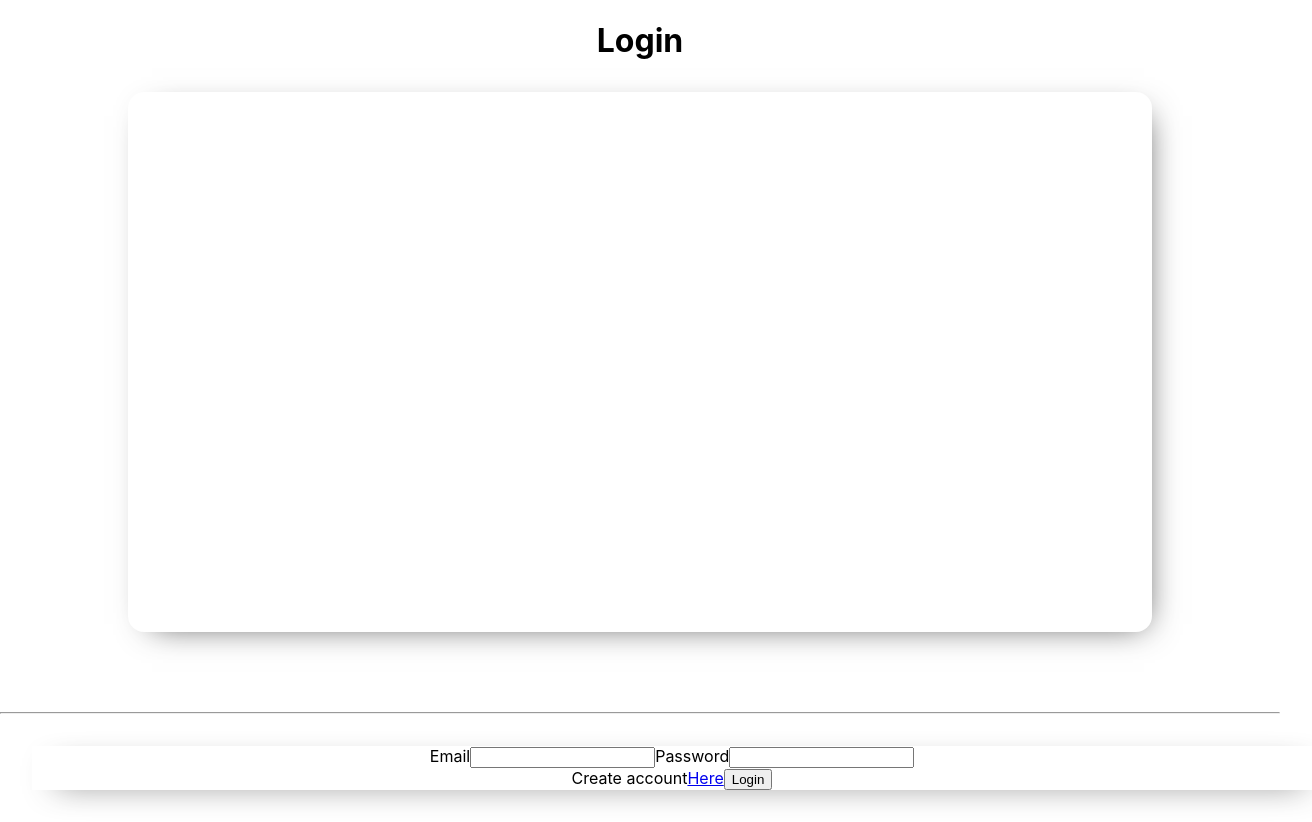
Repository: TendaniSadiki/revelation-e-commerce
Page: /login
The author's editor kept a copy of each file at every save. The page is drawn from the files as they stood at one save, then again after the next save.
The browser window is 1280 px wide. The page is 1312 px wide, then 1280 px, then 1312 px, so the pictures cover 1312 px, including what lies to the right of the window. The pictures show the whole page.
The project was rebuilt for these pictures with package versions that can differ from the ones it lists, and the page was loaded fresh each time. Also part of the build but not shown: src/Components/Navbar.css, src/Components/Navbar.js, src/Components/CardStyle.css, src/Components/IndividualProduct.js, src/Components/Products.js, src/Components/IndividualCartProduct.js, src/Components/CartProduct.js, src/Components/Home.js and 8 more. Imported but missing from the stored project, and not drawn on this page: src/Components/Pages/Sale/Sale.

Above is the page before, as saved 2022-11-10 15:16:42.

After the next save:
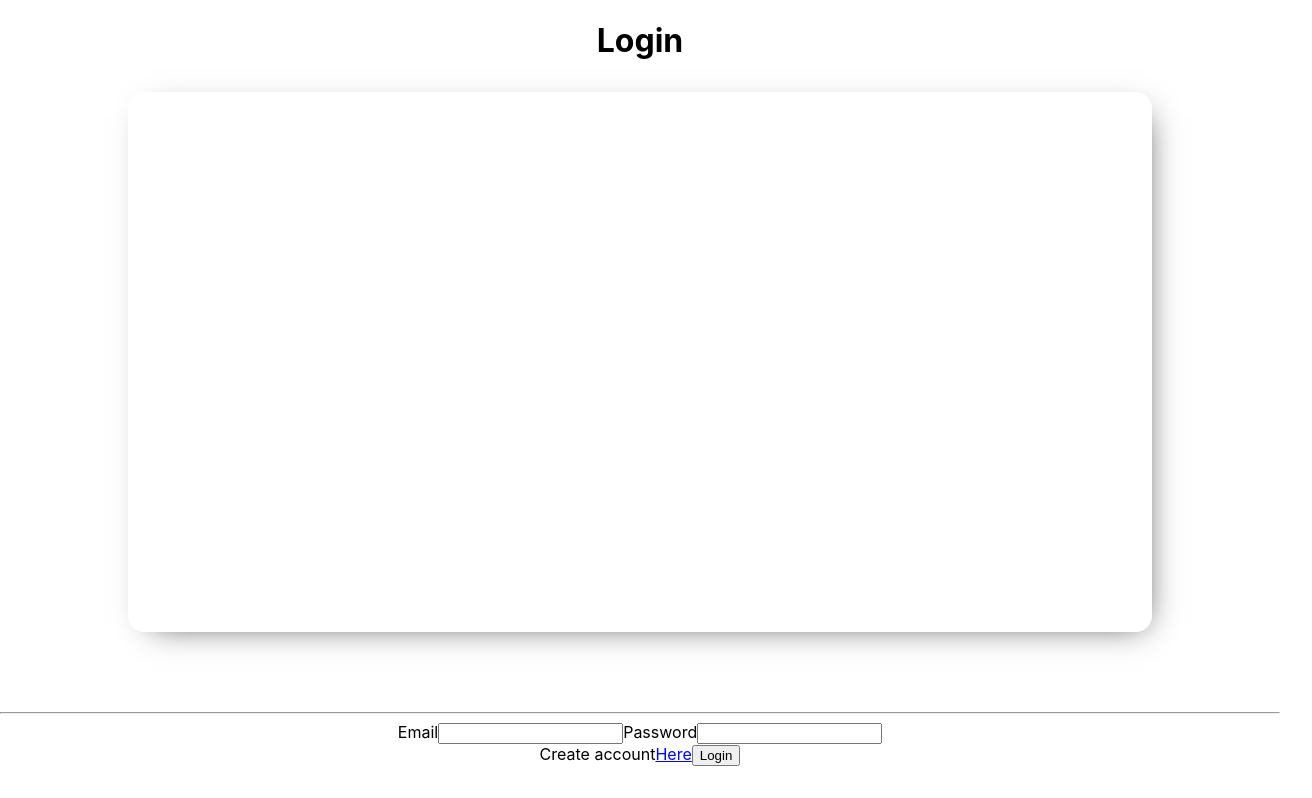
Saved 49 s later.
--- a/src/Components/Login.css
+++ b/src/Components/Login.css
@@ -20,7 +20,7 @@
         align-items: center;
 }
 
-.left-side{
+.left-side,.{
     margin: 2rem 2rem;
     box-shadow: 0.5rem 0.5rem 2rem -1rem rgb(58, 57, 57);
     height: 80%;

After the save that followed:
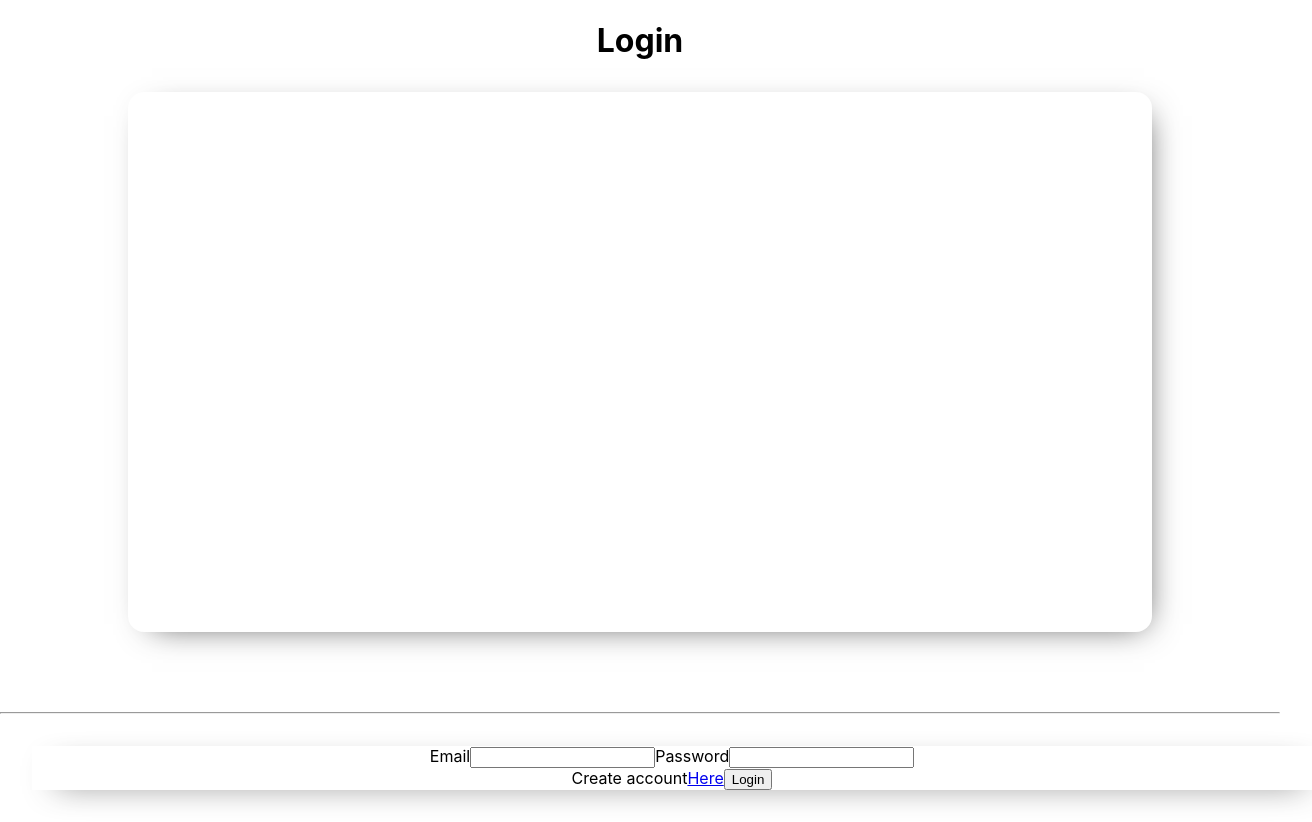
Saved 4 s later.
--- a/src/Components/Login.css
+++ b/src/Components/Login.css
@@ -20,7 +20,7 @@
         align-items: center;
 }
 
-.left-side,.{
+.left-side,.right-side{
     margin: 2rem 2rem;
     box-shadow: 0.5rem 0.5rem 2rem -1rem rgb(58, 57, 57);
     height: 80%;
